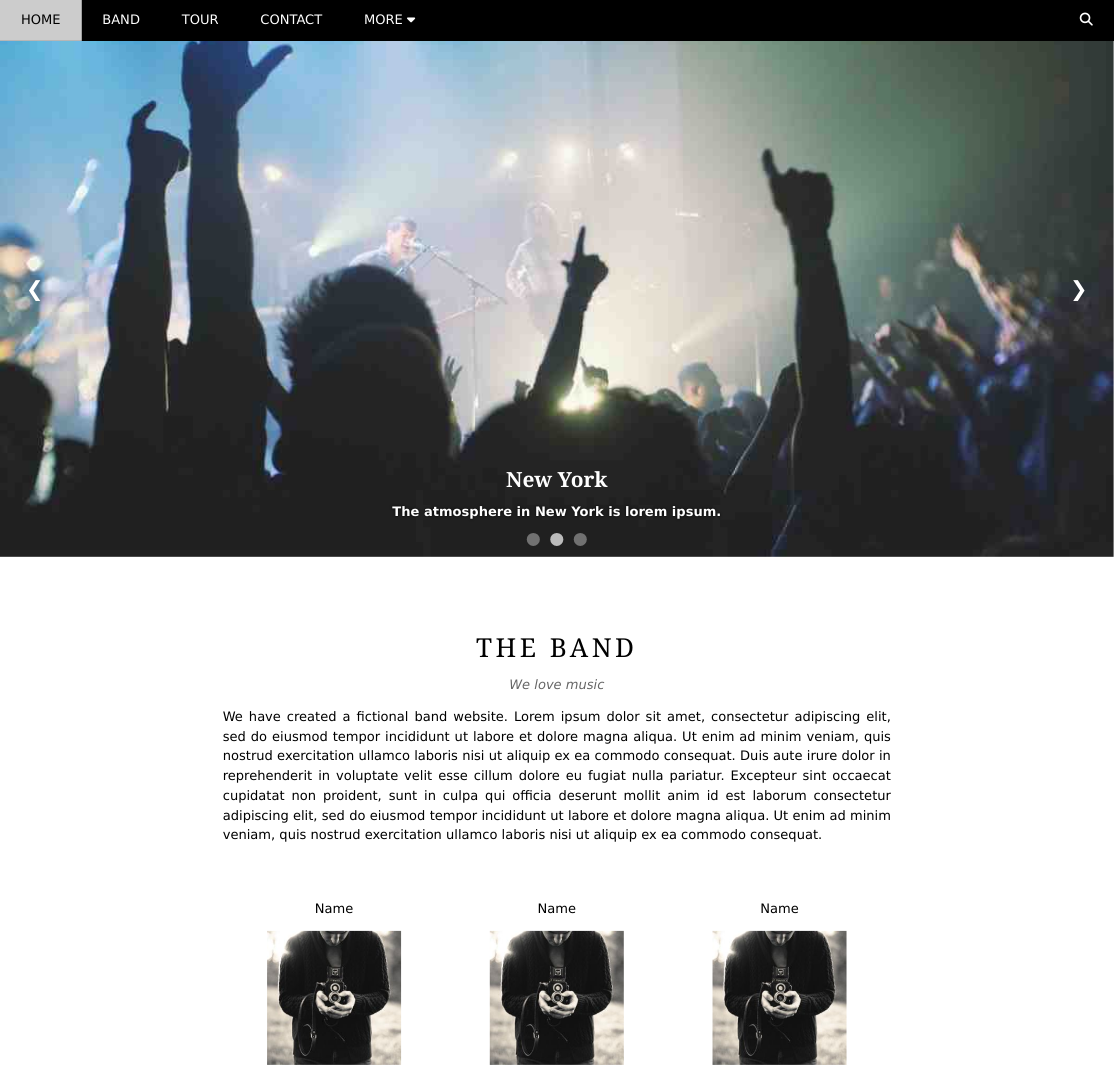
Repository: tam1512/The-Band
Page: index.html
These files come from the project's save history. The page is drawn as it stood at one moment and after the next save; the edit follows.
The browser window is 1280 px wide. The pictures show the whole page, at 87% of full size.
Some web libraries are served in a nearby version.

Above is the page before, as saved 2022-07-23 11:13:50.

### index.html
<!DOCTYPE html>
<html lang="en">
  <head>
    <meta charset="UTF-8" />
    <meta http-equiv="X-UA-Compatible" content="IE=edge" />
    <meta name="viewport" content="width=device-width, initial-scale=1.0" />
    <link
      rel="stylesheet"
      href="https://cdnjs.cloudflare.com/ajax/libs/font-awesome/6.1.1/css/all.min.css"
      integrity="sha512-KfkfwYDsLkIlwQp6LFnl8zNdLGxu9YAA1QvwINks4PhcElQSvqcyVLLD9aMhXd13uQjoXtEKNosOWaZqXgel0g=="
      crossorigin="anonymous"
      referrerpolicy="no-referrer"
    />
    <link rel="stylesheet" href="./assets/css/style.css" />
    <title>The Band</title>
  </head>
  <body>
    <div class="container">
      <div class="header" id="home">
        <ul class="header_nav">
          <li><a href="#home">HOME</a></li>
          <li><a href="#band">BAND</a></li>
          <li><a href="#tour">TOUR</a></li>
          <li><a href="#contact">CONTACT</a></li>
          <li class="header_nav_dropdown">
            <a href="javascript:void(0)" class="dropbtn">
              MORE
              <i class="fa-solid fa-caret-down"></i>
            </a>
            <div class="dropdown-content">
              <a href="#">Merchandise</a>
              <a href="#">Extras</a>
              <a href="#">Media</a>
            </div>
          </li>
        </ul>
        <div id="header_search">
          <i class="fa-solid fa-magnifying-glass color-white"></i>
        </div>
      </div>
      <!-- Slideshow container -->
      <div class="slider">
        <!-- Full-width image with caption text -->
        <div class="slider_slides-cont">
          <div class="slider_slide">
            <img src="assets/img/la.jpg" alt="Los Angeles" />
            <div class="text padding-32-16 color-white">
              <h3 class="fz-24 margin-10-0">Los Angeles</h3>
              <p class="margin-15-0">
                <b class="text-shadow">We had the bes time playing at Venice Beach!</b>
              </p>
            </div>
          </div>

          <div class="slider_slide">
            <img src="assets/img/ny.jpg" alt="New York" />
            <div class="text padding-32-16 color-white">
              <h3 class="fz-24 margin-10-0">New York</h3>
              <p class="margin-15-0">
                <b class="text-shadow">The atmosphere in New York is lorem ipsum.</b>
              </p>
            </div>
          </div>

          <div class="slider_slide">
            <img src="assets/img/chicago.jpg" alt="Chicago" />
            <div class="text padding-32-16 color-white">
              <h3 class="fz-24 margin-10-0">Chicago</h3>
              <p class="margin-15-0">
                <b class="text-shadow">Thank you, Chicago - A night we won't forget</b>
              </p>
            </div>
          </div>
        </div>

        <!-- The pagination/circles -->
         <div class="slider_pagination"></div>

        <!-- Next and previous buttons (navigatin slide)-->
        <a class="prev">&#10094</a>
        <a class="next">&#10095</a>
        </div>
      </div>
      <div class="content">
        <div class="padding-64-16 text-center" id="band">
          <h2 class="band_tilte fz-30 margin-10-0">THE BAND</h2>
          <p><i class="band_sub-title">We love music</i></p>
          <p class="band_content margin-15-0 text-justify">We have created a fictional band website. Lorem ipsum dolor sit amet, consectetur adipiscing elit, sed do eiusmod tempor incididunt ut labore et dolore magna aliqua. Ut enim ad minim veniam, quis nostrud exercitation ullamco laboris nisi ut aliquip ex ea commodo consequat. Duis aute irure dolor in reprehenderit in voluptate velit esse cillum dolore eu fugiat nulla pariatur. Excepteur sint occaecat cupidatat non proident, sunt in culpa qui officia deserunt mollit anim id est laborum consectetur adipiscing elit, sed do eiusmod tempor incididunt ut labore et dolore magna aliqua. Ut enim ad minim veniam, quis nostrud exercitation ullamco laboris nisi ut aliquip ex ea commodo consequat.</p>
          <div class="band_members padding-32-0">
            <div class="band_member">
              <p class="margin-15-0">Name</p>
              <img src="assets/img/bandmember.jpg" alt="band member" class="band_member_img margin-bottom-16">
            </div>
            <div class="band_member">
              <p class="margin-15-0">Name</p>
              <img src="assets/img/bandmember.jpg" alt="band member" class="band_member_img margin-bottom-16">
            </div>
            <div class="band_member">
              <p class="margin-15-0">Name</p>
              <img src="assets/img/bandmember.jpg" alt="band member" class="band_member_img margin-bottom-16">
            </div>
          </div>
        </div>
      </div>
    </div>
    <script src="assets/js/js.js"></script>
  </body>
</html>

### assets/css/style.css
:root {
}

* {
  padding: 0;
  margin: 0;
  box-sizing: border-box;
}

body {
  font-family: Verdana, sans-serif;
  font-size: 15px;
  line-height: 22.5px;
}

h1,
h2,
h3,
h4,
h5,
h6 {
  font-family: Georgia, serif;
}

.fz-24 {
  font-size: 24px;
}

.fz-30 {
  font-size: 30px;
}

.color-white {
  color: white;
}

.backgroud-black {
  background-color: #000;
}

.text-center {
  text-align: center;
}

.text-justify {
  text-align: justify;
}

.padding-64-16 {
  padding: 64px 16px !important;
}

.padding-32-16 {
  padding: 32px 16px !important;
}
.padding-32-0 {
  padding: 32px 0;
}

.padding-32 {
  padding: 32px;
}

.margin-0-24 {
  margin: 0 24px !important;
}

.margin-10-0 {
  margin: 10px 0 !important;
}

.margin-15-0 {
  margin: 15px 0 !important;
}

.margin-bottom-16 {
  margin-bottom: 16px;
}

.text-shadow {
  text-shadow: 0 0 3px #000;
}

.header {
  position: fixed;
  top: 0;
  right: 0;
  left: 0;
  z-index: 2;
}

.header_nav {
  list-style-type: none;
  background-color: #000;
  overflow: hidden;
}

.header_nav > li {
  float: left;
}

.header_nav > li > a,
.dropbtn {
  display: inline-block;
  padding: 12px 24px;
  text-align: center;
  color: #fff;
  text-decoration: none;
}

.header_nav > li > a:hover,
.header_nav_dropdown:hover,
.dropbtn:hover,
.dropdown-content a:hover {
  background-color: #ccc;
  color: black;
}

li.header_nav_dropdown {
  display: inline-block;
  /* position: relative; */
}

.dropdown-content {
  display: none;
  position: absolute;
  min-width: 160px;
  background-color: #fff;
  box-shadow: 0px 8px 16px 0px rgba(0, 0, 0, 0.2);
  z-index: 1;
}

.dropdown-content a {
  color: #000 !important;
  text-align: left;
  padding: 8px 16px;
  display: block;
  text-decoration: none;
}

.header_nav_dropdown:hover .dropdown-content {
  display: block;
}

#header_search {
  position: absolute;
  top: 0;
  right: 0;
  padding: 12px 24px;
}

#header_search:hover {
  background-color: #f44336;
}

/* Slider */
/* Slideshow container */
.slider,
.slider_slides-cont {
  max-width: 100%;
  height: auto;
  position: relative;
  /* top: 47px; */
  margin: auto;
}

/* Hide the images by default */
.slider_slide {
  display: none;
}

.slider_slide:first-child {
  display: block;
}

.slider_slides-cont img {
  width: 100%;
  height: 100%;
}

/* Next & previous buttons */
.prev,
.next {
  cursor: pointer;
  position: absolute;
  top: 50%;
  transform: translate(0, -50%);
  margin: 10px;
  padding: 24px 20px;
  color: #fff;
  font-weight: bold;
  font-size: 24px;
  transition: background-color 0.6s ease;
  border-radius: 5px 5px 5px 5px;
  user-select: none;
}

/* Position the "next button" to the right */
.next {
  right: 0;
  border-radius: 5px 5px 5px 5px;
}

/* On hover, add a black backgroound color with a little bit see-through */
.prev:hover,
.next:hover {
  background-color: rgba(191, 191, 191, 0.6);
  color: rgb(26, 23, 23);
  font-weight: bolder;
}

/* Caption text */
.text {
  position: absolute;
  left: 50%;
  transform: translate(-50%, -100%);
  text-align: center;
}

.slider_pagination {
  position: absolute;
  left: 50%;
  transform: translate(-50%, -120%);
}

.slider_pagination_btn {
  cursor: pointer;
  padding: 6px;
  background-color: transparent;
  display: inline-block;
  transition: background-color 0.6s ease;
}

.slider_pagination_btn::before {
  content: "";
  display: inline-block;
  height: 15px;
  width: 15px;
  border-radius: 50%;
  background-color: #717171;
}
.slider_pagination_btn.slider_pagination_btn--sel::before,
.slider_pagination_btn:hover::before {
  background-color: #bbb;
}

/* content */

#band,
#tour,
#contact {
  max-width: 800px;
  margin-left: auto;
  margin-right: auto;
}

/* band */

.band_tilte {
  font-weight: normal;
  line-height: 45px;
  letter-spacing: 4px;
}

.band_sub-title {
  opacity: 0.6;
}

/* Third image */

.band_member {
  float: left;
  width: calc(100% / 3);
}

.band_member_img {
  width: 60%;
}

### assets/js/js.js
let currentIndex = 0;
let newIndex = 0;
let autoplay = true;

//tạo một object cho việc tự động chuyển slide
let Autoplay = {
  timerID: null,
  interval: 4000,

  start: function () {
    this.timerID = setInterval(function () {
      newIndex++;
      navigateSlider();
    }, this.interval);
  },

  reset: function () {
    clearInterval(this.timerID);
    this.start();
  },
};

let slideElements = document.getElementsByClassName("slider_slide");
let slidesLength = slideElements.length;
let paginationElement = document.getElementsByClassName("slider_pagination")[0];
let prevElement = document.getElementsByClassName("prev")[0];
let nextElement = document.getElementsByClassName("next")[0];

// lấy sự kiện click của 2 nut prev và next
prevElement.addEventListener("click", function () {
  newIndex--;
  navigateSlider();
});

nextElement.addEventListener("click", function () {
  newIndex++;
  navigateSlider();
});

// tạo số dot tương ứng với số slide
paginationHTML = [];
for (let i = 0; i < slidesLength; i++) {
  paginationHTML.push(
    `<span class="slider_pagination_btn" data-index="${i}"></span>`
  );
}
// Thêm paginationHTML vào bên trong thẻ HTML
paginationElement.innerHTML = paginationHTML.join("");

//kiểm tra xem đã có phần tử chứa class="slider_pagination_btn" chưa? nếu có lấy giá trị trong data-index của nó gán cho newIndex
paginationElement.addEventListener("click", function (e) {
  let target = e.target;
  if (target.classList.contains("slider_pagination_btn")) {
    newIndex = Number(target.getAttribute("data-index"));
    navigateSlider();
  }
});

// Hàm hiện thị slide
function navigateSlider() {
  // Kiểm tra để newIndex luôn nằm trong khoảng từ 0 -> slideLength
  if (newIndex < 0) {
    newIndex = slidesLength - 1;
  } else if (newIndex > slidesLength - 1) {
    newIndex = 0;
  }

  //Thêm và xóa slider_pagination_btn--sel
  paginationElement.childNodes[currentIndex].classList.remove(
    "slider_pagination_btn--sel"
  );
  paginationElement.childNodes[newIndex].classList.add(
    "slider_pagination_btn--sel"
  );

  //reset interval(khoảng thời gian) để slide không gặp vấn đề về chuyển đổi
  if (autoplay) {
    Autoplay.reset();
  }

  //Ẩn slide trước và hiện slide cần hiện
  slideElements[currentIndex].style.display = "none";
  slideElements[newIndex].style.display = "block";

  currentIndex = newIndex;
}

// thiết lập autoplay cho slider
if (autoplay) {
  Autoplay.start();
}

// khi load page sẽ bị lỗi hiển thị ban đầu, đây là cách giải quyết
navigateSlider();

After the next save:
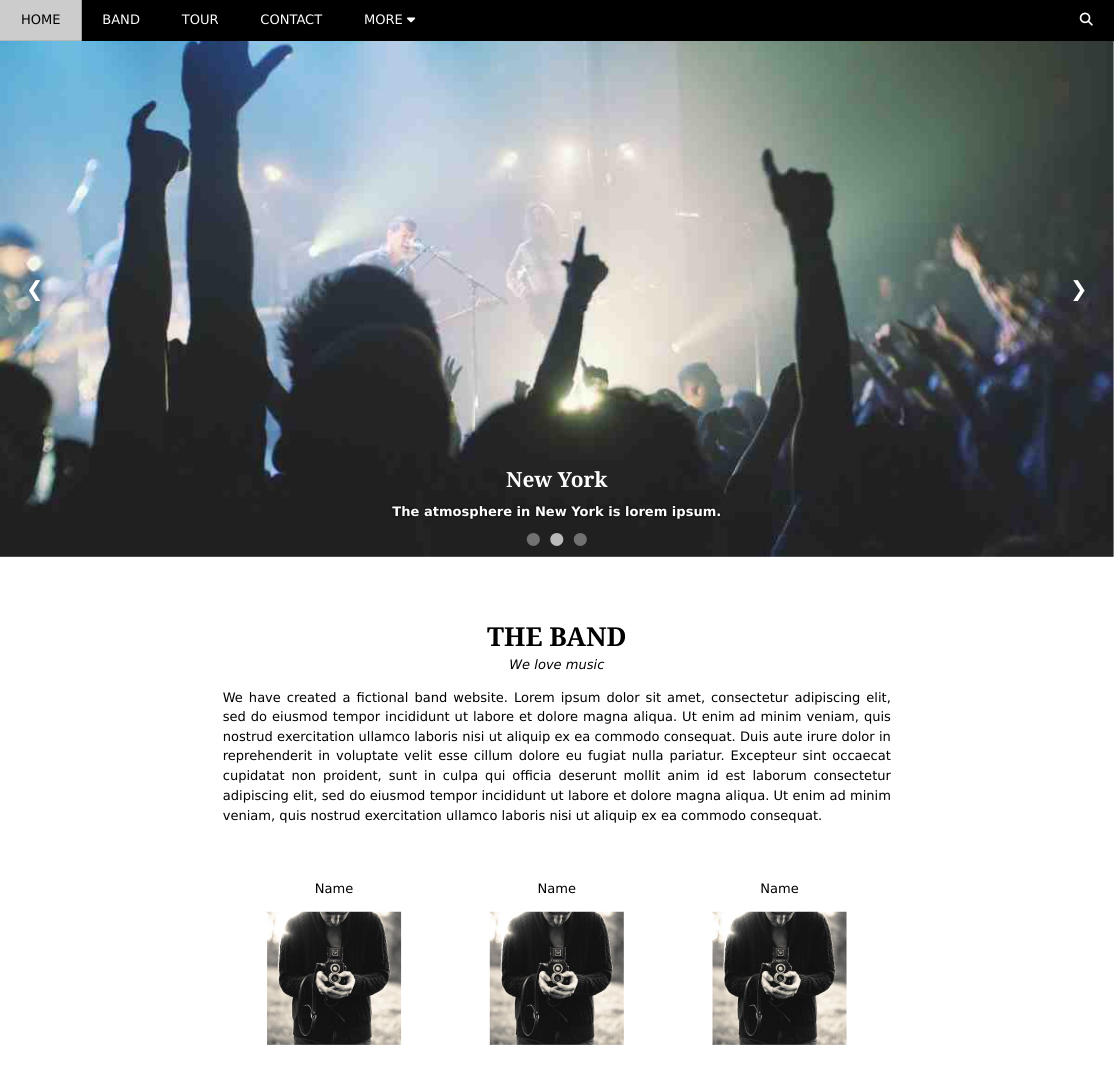
Saved 78 s later.
--- a/assets/css/style.css
+++ b/assets/css/style.css
@@ -254,18 +254,16 @@ li.header_nav_dropdown {
   margin-right: auto;
 }
 
-/* band */
-
-.band_tilte {
+.tilte {
   font-weight: normal;
   line-height: 45px;
   letter-spacing: 4px;
 }
 
-.band_sub-title {
+.sub-title {
   opacity: 0.6;
 }
-
+/* band */
 /* Third image */
 
 .band_member {
